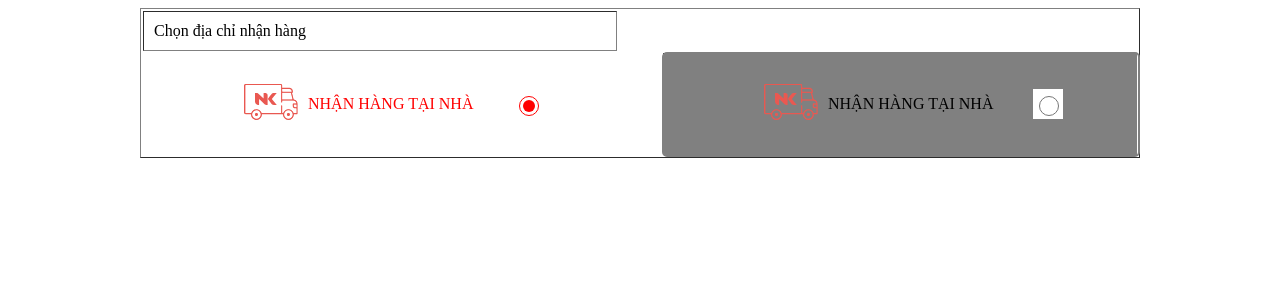
Repository: Tan-Khang21/TH_TKW--Buoi_04
Page: Bai_Tap_Tren_Lop/Bai_03/Bai_03.html
These files come from the project's save history. The page is drawn as it stood at one moment and after the next save; the edit follows.
The browser window is 1280 px wide. The pictures show the whole page.
The first `#redRadio` is checked.

Above is the page before, as saved 2024-03-08 18:40:46.

After the next save:
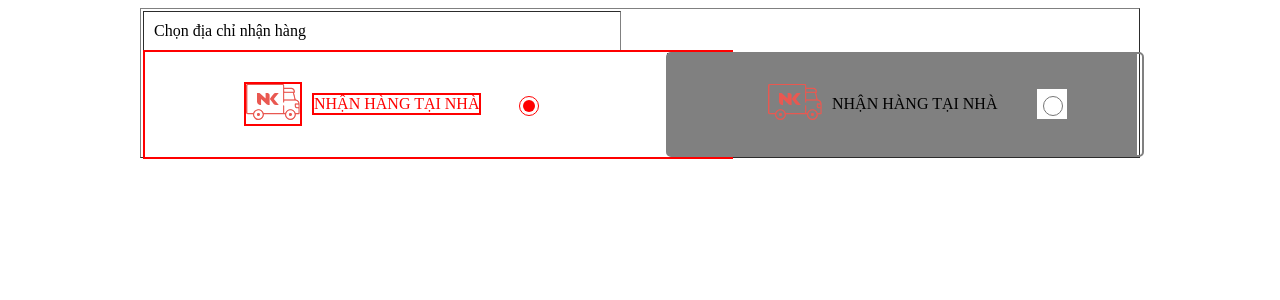
Saved 46 s later.
--- a/Bai_Tap_Tren_Lop/Bai_03/Bai_03.html
+++ b/Bai_Tap_Tren_Lop/Bai_03/Bai_03.html
@@ -13,7 +13,7 @@
     #redRadio:checked ~  label {
       color: red;
       background-color: white;
-      border-color:red ;
+      border: 2px solid red;
     }
 
 
